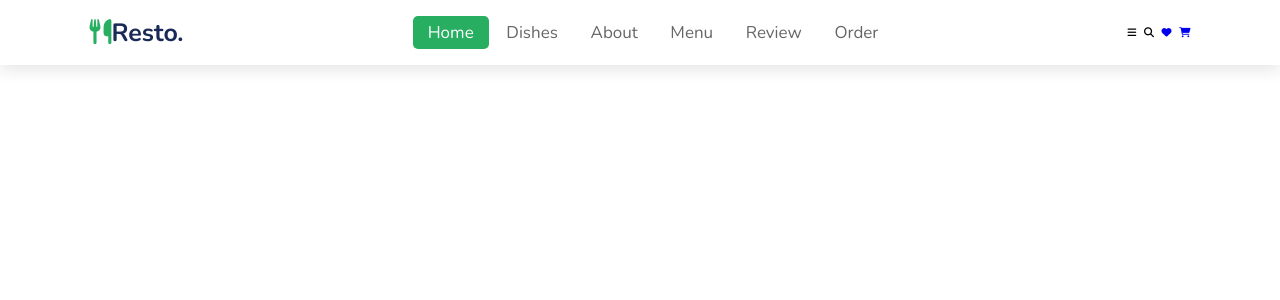
Repository: CarsonDev1/FoodWeb
Page: index.html
These files come from the project's save history. The page is drawn as it stood at one moment and after the next save; the edit follows.
The browser window is 1280 px wide. The pictures show the whole page.
Some web libraries are served in a nearby version.

Above is the page before, as saved 2022-05-18 17:59:12.

After the next save:
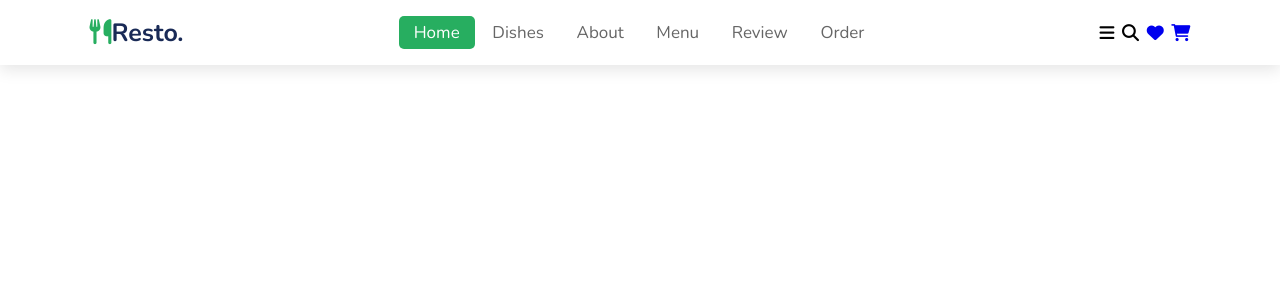
Saved 20 s later.
--- a/css/style.css
+++ b/css/style.css
@@ -59,4 +59,5 @@ header .icons a {
   margin-left: 0.5rem;
   height: 4.5rem;
   line-height: 4.5rem;
+  font-size: 1.7rem;
 }
